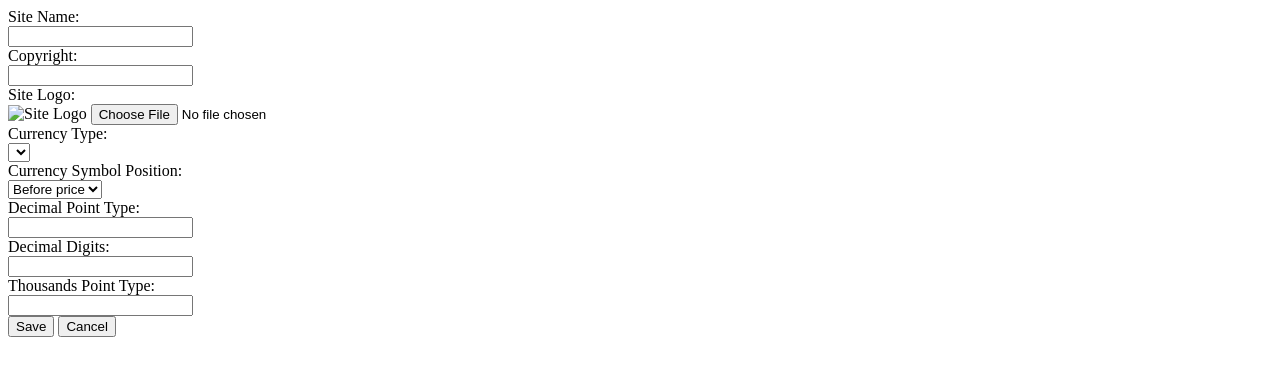
Repository: vawnvuxdev/ShopProject
Page: http://localhost/settings/general
An editor plug-in stored every save of this project. The page is shown before and after the next save, followed by the edit.
The browser window is 1280 px wide. The pictures show the whole page.
The page is this project's Thymeleaf template; nobody is signed in. The template is opened directly, without the code that normally fills it, so the values that code supplies are empty.

Above is the page before, as saved 2021-05-22 21:07:36.

After the next save:
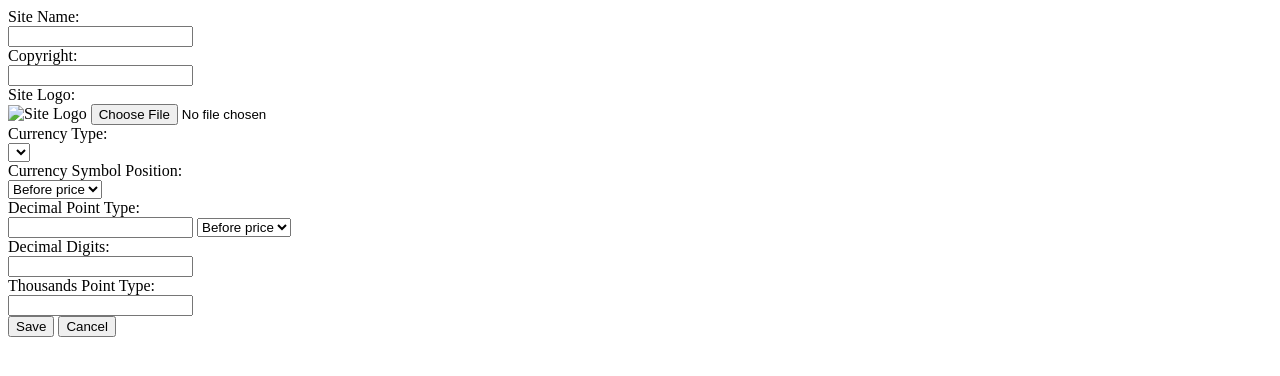
Saved 29 s later.
--- a/ShopWebParent/WebBackend/src/main/resources/templates/settings/general.html
+++ b/ShopWebParent/WebBackend/src/main/resources/templates/settings/general.html
@@ -48,6 +48,10 @@
 			<label for="" class="col-sm-4 col-form-label">Decimal Point Type: </label>
 			<div class="col-sm-8">
 				<input type="text" class="form-control" name="DECIMAL_POINT_TYPE" th:value="${DECIMAL_POINT_TYPE}" required />
+				<select class="form-control" name="CURRENCY_SYMBOL_POSITION">
+					<option value="Before price" th:selected="(${CURRENCY_SYMBOL_POSITION} == 'before')">Before price</option>
+					<option value="After price" th:selected="(${CURRENCY_SYMBOL_POSITION} == 'after')">After price</option>
+				</select>
 			</div>
 		</div>
 		<div class="form-group row">
